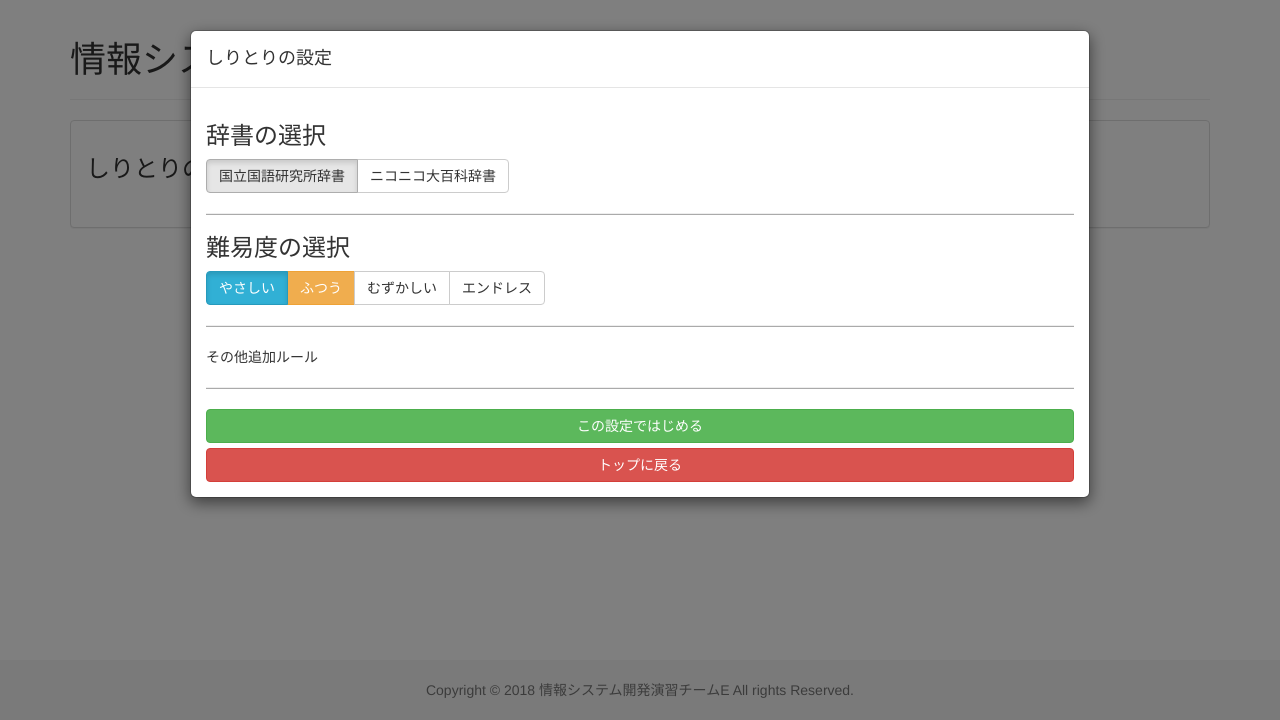
Repository: yousukeimura/attend_app
Page: system/tail2nose.html
The author's editor kept a record of every edit. The page is drawn from the files as they stood at one moment, then again after the next edit.
The browser window is 1280 px wide. The pictures show the whole page.

Above is the page before.

After the next edit:
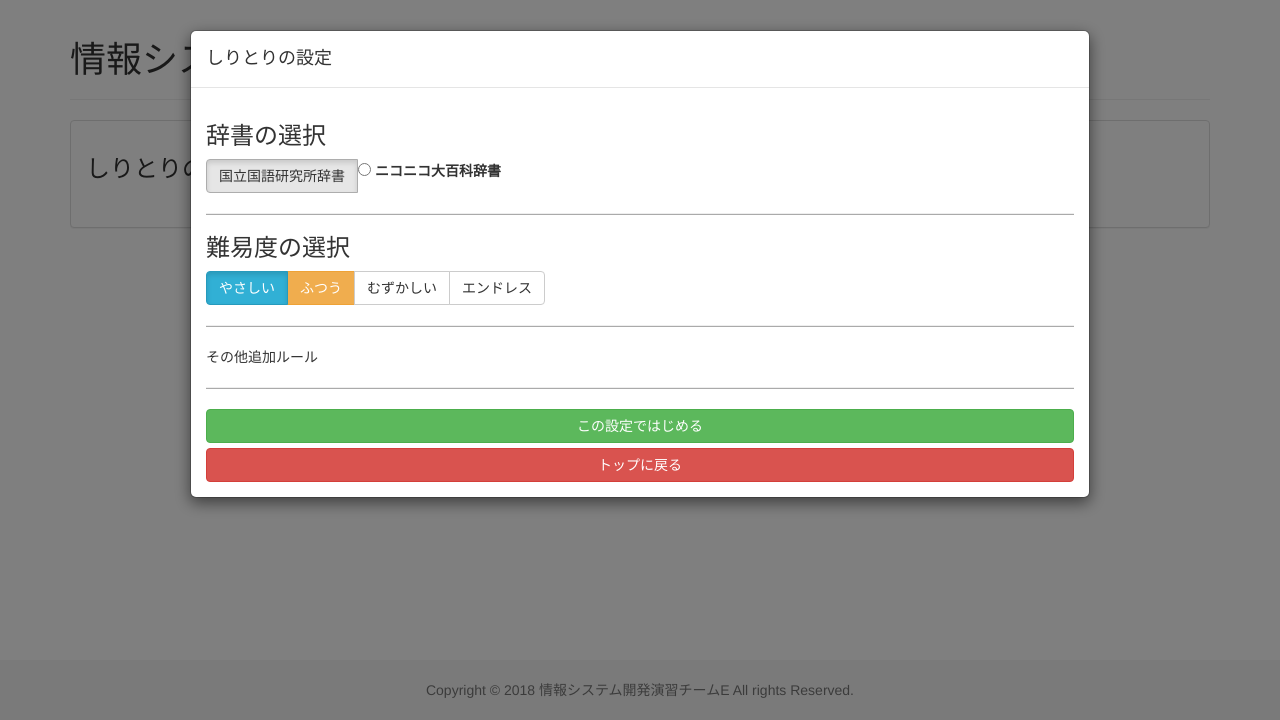
The edit:
--- a/system/tail2nose.html
+++ b/system/tail2nose.html
@@ -54,7 +54,7 @@
 	                 <label class="btn btn-default active" name="dic0" value='dic0'>
                      <input type="radio" autocomplete="off" checked> 国立国語研究所辞書
                    </label>
-	                 <label class="btn btn-default" name="dic1" value='dic1'>
+	                 <label id="btn btn-default" name="dic1" value='dic1'>
 		                 <input type="radio" autocomplete="off"> ニコニコ大百科辞書
                    </label>
                 </div>

After the edit that followed:
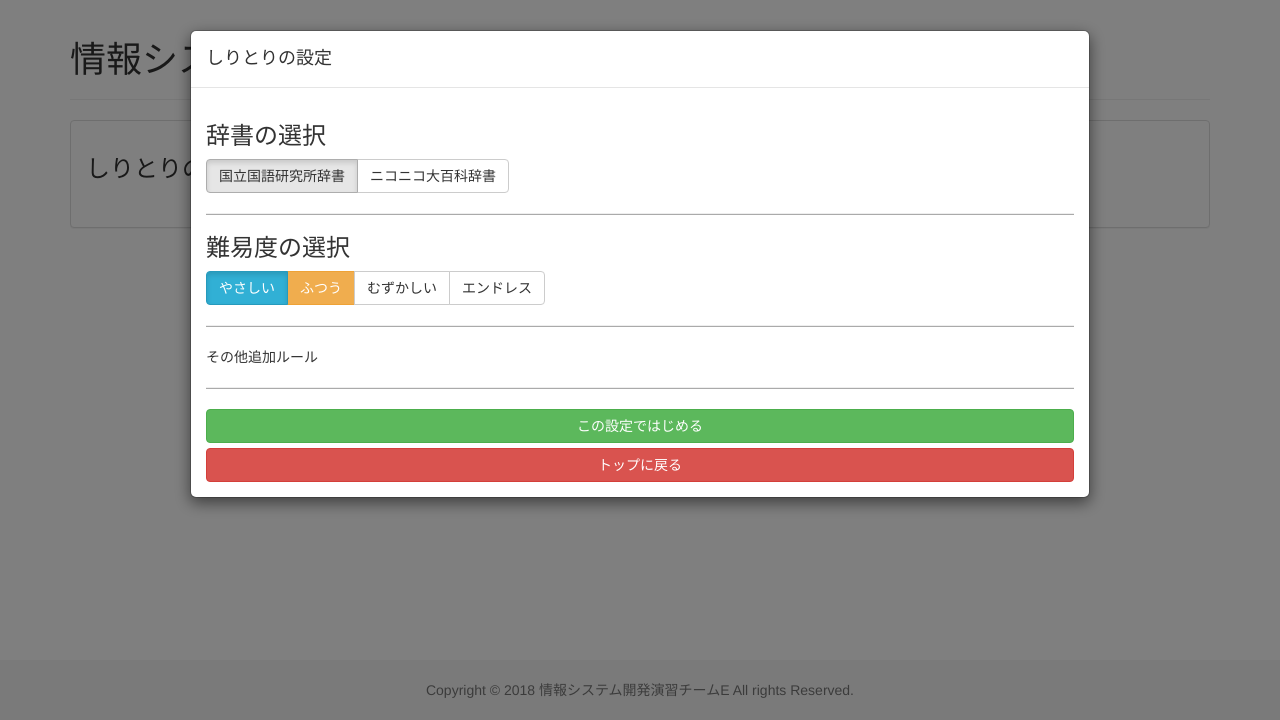
The edit:
--- a/system/tail2nose.html
+++ b/system/tail2nose.html
@@ -54,7 +54,7 @@
 	                 <label class="btn btn-default active" name="dic0" value='dic0'>
                      <input type="radio" autocomplete="off" checked> 国立国語研究所辞書
                    </label>
-	                 <label id="btn btn-default" name="dic1" value='dic1'>
+	                 <label class="btn btn-default" name="dic1" value='dic1'>
 		                 <input type="radio" autocomplete="off"> ニコニコ大百科辞書
                    </label>
                 </div>
